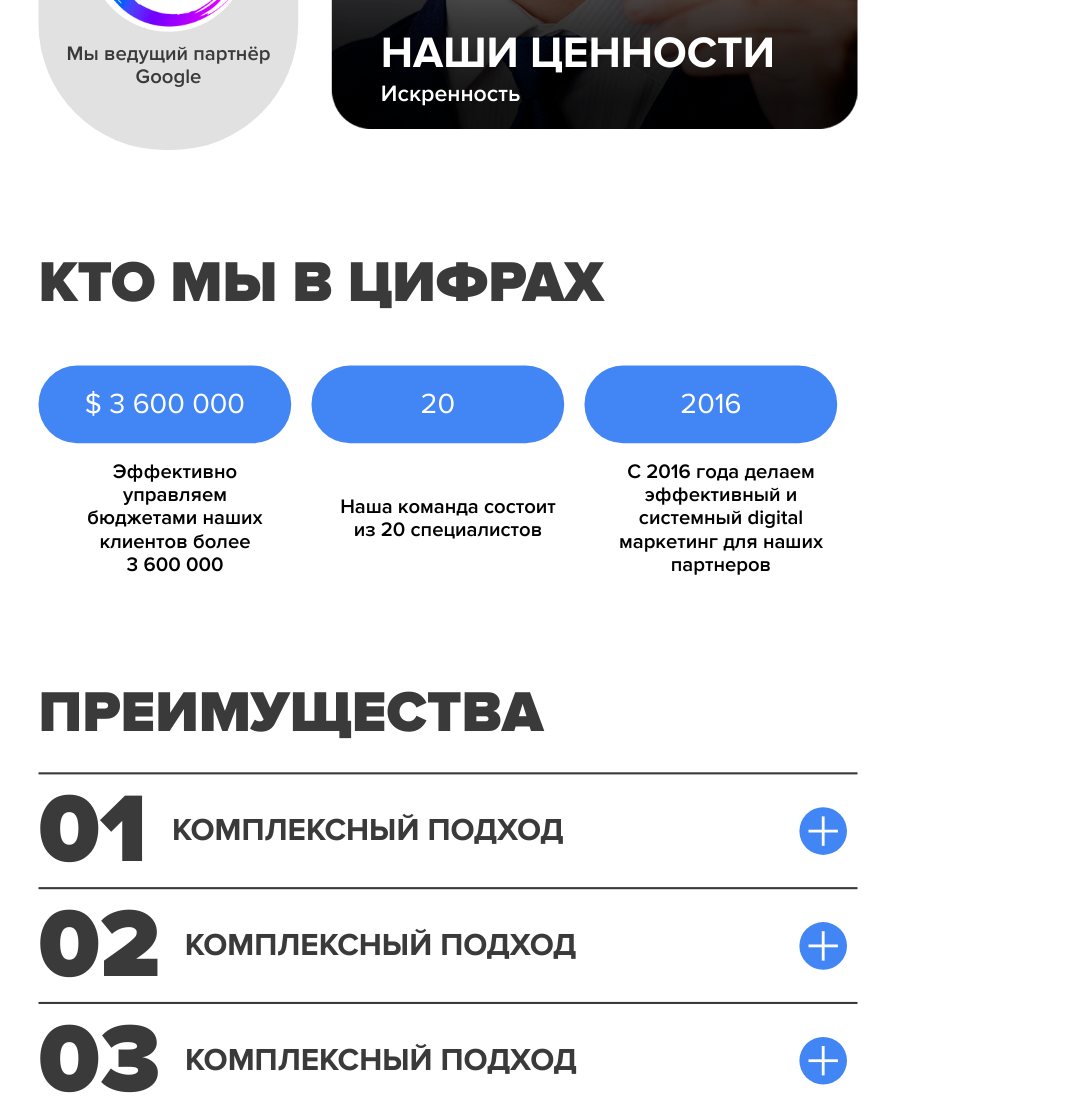
Repository: fanbear/Mnews
Page: index.html
The author's editor kept a copy of each file at every save. The page is drawn from the files as they stood at one save, then again after the next save.
The browser window is 1280 px wide. The page is 1525 px wide, so the pictures cover 1525 px, including what lies to the right of the window. The pictures show the part of the page from y = 2406 to 4006 px (the page is 4006 px tall), at 70% of full size.
Some web libraries are served in a nearby version.

Above is the page before, as saved 2022-07-26 21:09:06.

After the next save:
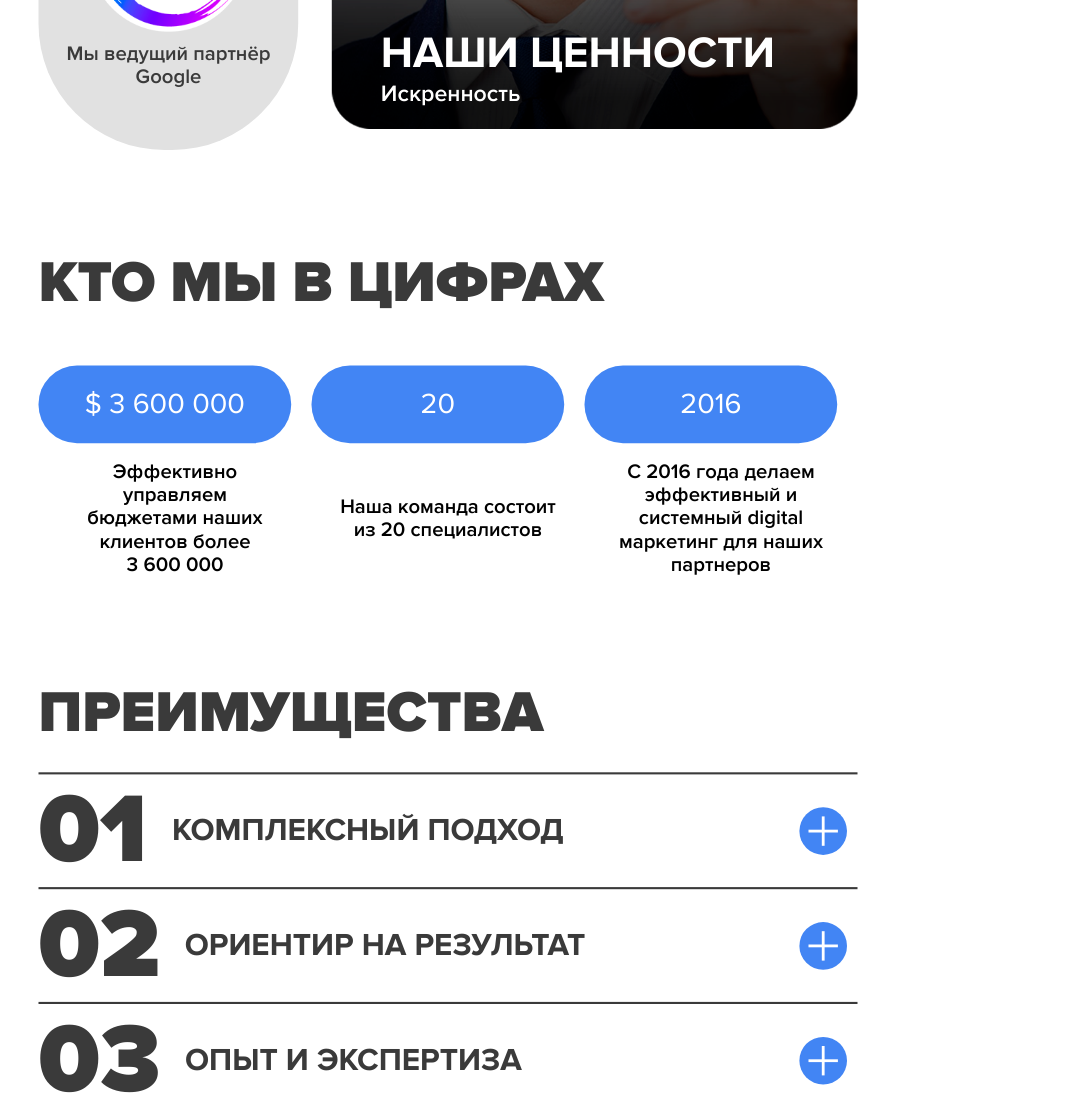
Saved 44 s later.
--- a/index.html
+++ b/index.html
@@ -180,7 +180,7 @@
                             </div>
                         </div>
                         <div class="benefint-tab__item-body">
-                            <p>КОМПЛЕКСНЫЙ ПОДХОД</p>
+                            <p>ОРИЕНТИР НА РЕЗУЛЬТАТ</p>
                         </div>
                         <div class="benefint-tab__item-button">
                             <span class="benefint-tab__item-horizontal"></span>
@@ -194,7 +194,7 @@
                             </div>
                         </div>
                         <div class="benefint-tab__item-body">
-                            <p>КОМПЛЕКСНЫЙ ПОДХОД</p>
+                            <p>ОПЫТ И ЭКСПЕРТИЗА</p>
                         </div>
                         <div class="benefint-tab__item-button">
                             <span class="benefint-tab__item-horizontal"></span>
